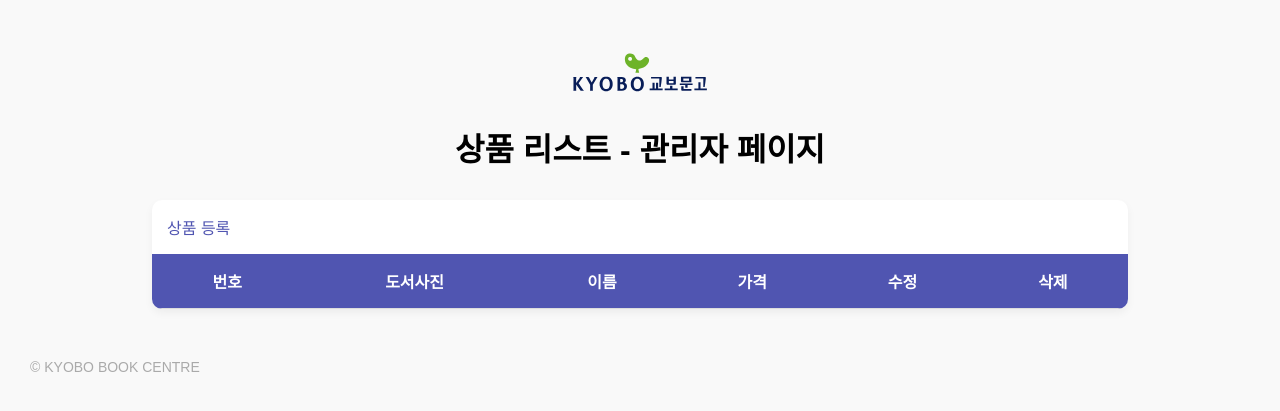
Repository: Yundanbi/Kyobo
Page: http://localhost/kyobo/productList.do
The author's editor kept a copy of each file at every save. The page is drawn from the files as they stood at one save, then again after the next save.
The browser window is 1280 px wide. The pictures show the whole page.
The page is served by Tomcat 9. Queries for data that is not in the repository find no rows.

Above is the page before, as saved 2025-06-18 05:49:13.

After the next save:
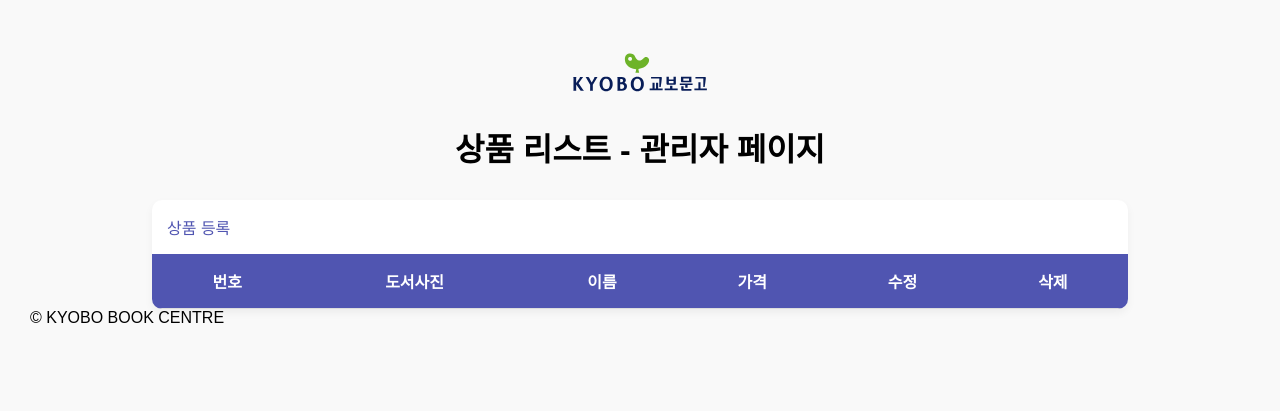
Saved 86 s later.
--- a/kyobo/src/main/webapp/book/productList.jsp
+++ b/kyobo/src/main/webapp/book/productList.jsp
@@ -60,11 +60,7 @@
   text-decoration: underline;
 }
 
-footer.footer {
-  margin-top: 50px;
-  font-size: 14px;
-  color: #aaa;
-}
+
 
 .logo img {
 	height: 50px;

After the save that followed:
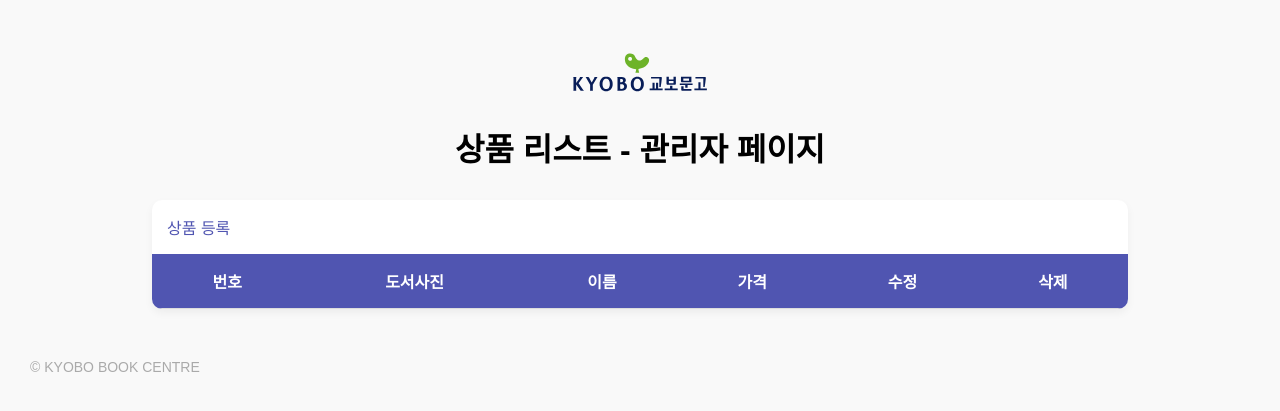
Saved 5 s later.
--- a/kyobo/src/main/webapp/book/productList.jsp
+++ b/kyobo/src/main/webapp/book/productList.jsp
@@ -60,7 +60,11 @@
   text-decoration: underline;
 }
 
-
+footer.footer {
+  margin-top: 50px;
+  font-size: 14px;
+  color: #aaa;
+}
 
 .logo img {
 	height: 50px;
